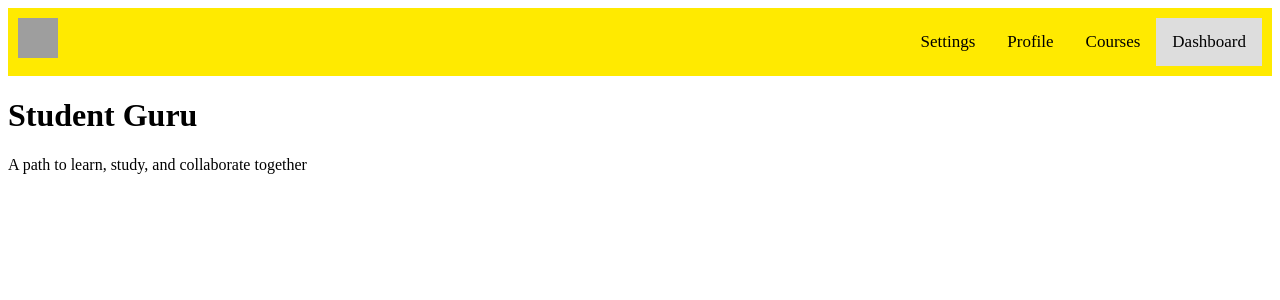
Repository: Priyadharshini-J-CSE/Intership-2025-december
Page: dashboard.html
The author's editor kept a copy of each file at every save. The page is drawn from the files as they stood at one save, then again after the next save.
The browser window is 1280 px wide. The pictures show the whole page.
The pointer rests on the first visible `a`.
Pictures or frames that could not be fetched are drawn as grey boxes.

Above is the page before, as saved 2025-12-01 14:33:24.

### dashboard.html
<!DOCTYPE html>
<html lang="en">
<head>
    <meta charset="UTF-8">
    <meta name="viewport" content="width=device-width, initial-scale=1.0">
    <title>Student Guru</title>
    <style>
        nav{
            background-color: #ffea00;
            overflow: hidden;
            padding: 10px;
        }
        img{
height: 40px;
width: 40px;
        }
        a{
            float: right;
            text-align: center;
            padding: 14px 16px;
            text-decoration: none;
            font-size: 17px;
            color: rgb(0, 0, 0);
        }
        a:hover{
            background-color: #dddddd;
            color: black;
        }
    </style>
</head>
<nav>
    <img src="https://i.pinimg.com/474x/4d/b9/82/4db98275977a6216bdddfdbc390d7e37.jpg" alt="logo">
    <a href="dashboard.html">Dashboard</a>
    <a href="courses.html" >Courses</a>
    <a href="profile.html" >Profile</a>
    <a href="settings.html" >Settings</a>
</nav>
<body>

    <h1>Student Guru</h1>
    <p>A path to learn, study, and collaborate together </p>

</body>
</html>

After the next save:
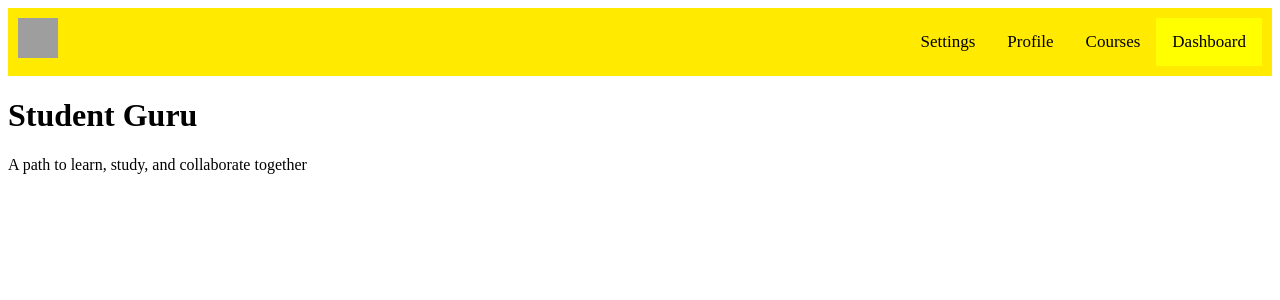
Saved 4 s later.
--- a/dashboard.html
+++ b/dashboard.html
@@ -23,7 +23,7 @@
             color: rgb(0, 0, 0);
         }
         a:hover{
-            background-color: #dddddd;
+            background-color: #ffff00;
             color: black;
         }
     </style>
